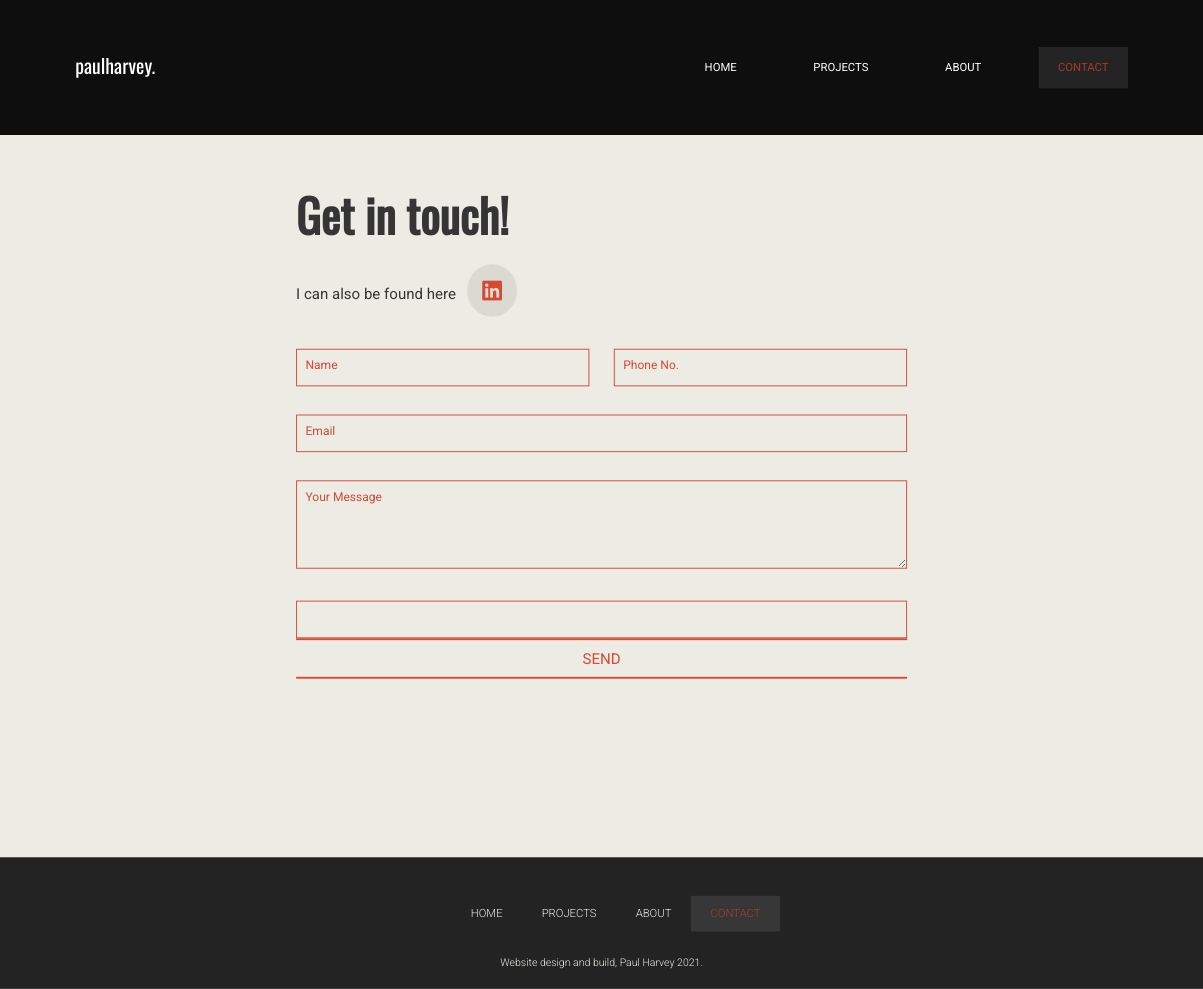
Repository: pavhns20/my-new-portfolio
Page: www/contact.html
These files come from the project's save history. The page is drawn as it stood at one moment and after the next save; the edit follows.
The browser window is 1280 px wide. The pictures show the whole page, at 94% of full size.
Some web libraries are served in a nearby version.

Above is the page before, as saved 2022-01-11 10:37:52.
Console error: TypeError: Cannot read properties of null (reading 'addEventListener')

After the next save:
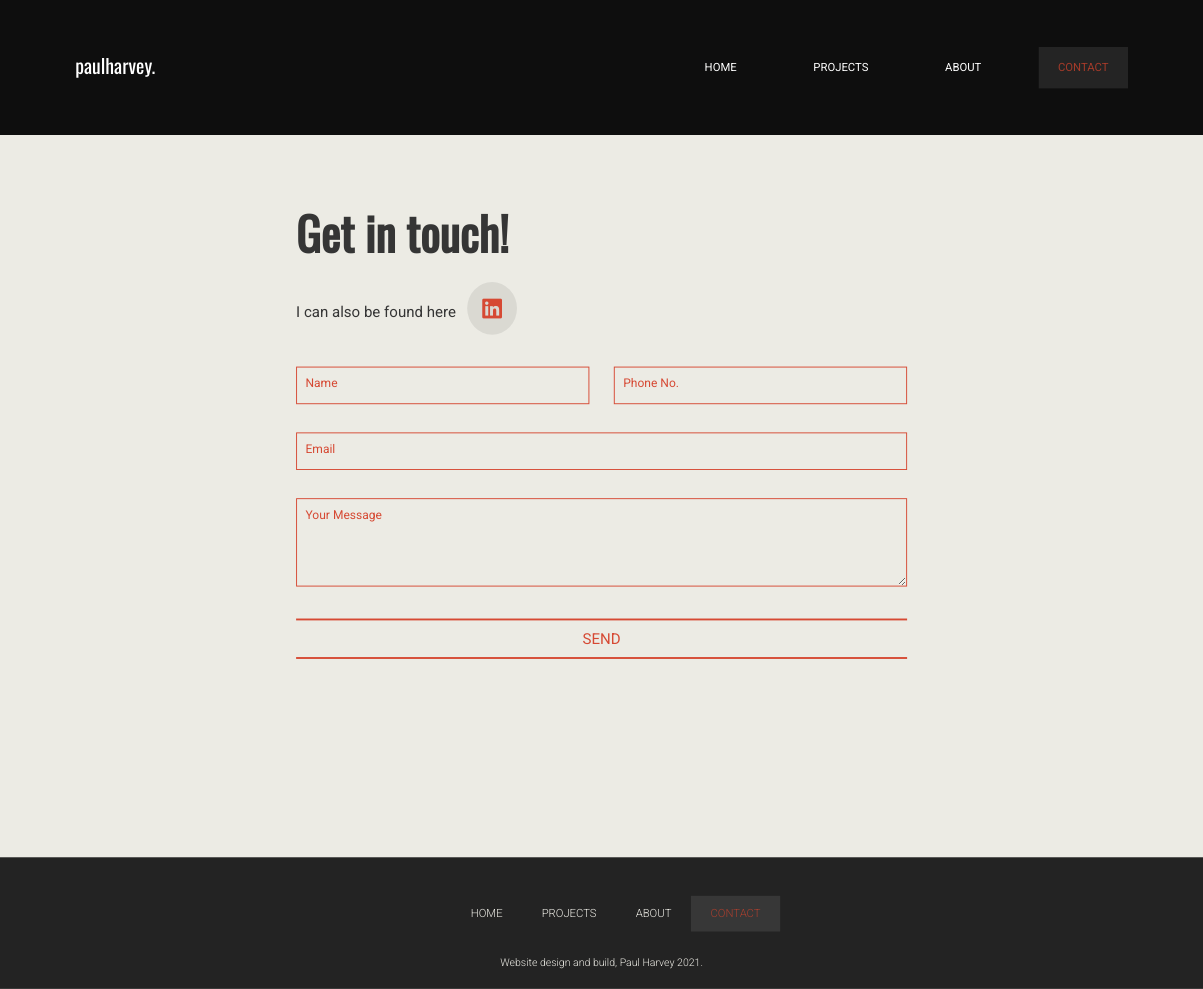
Saved 5 min 8 s later.
--- a/www/contact.html
+++ b/www/contact.html
@@ -131,7 +131,7 @@
 						<!-- <input type="text"  name="name" required>
 						<label for="name">Name</label> -->
 						<!-- <input type="email" name="email" required> -->
-						<input type="textarea" name="textarea" required />
+						<!-- <input type="textarea" name="textarea" required /> -->
 						<button type="submit" class="view-btn" id="big-btn">SEND</button>
 					</form>
 					<!-- <form
